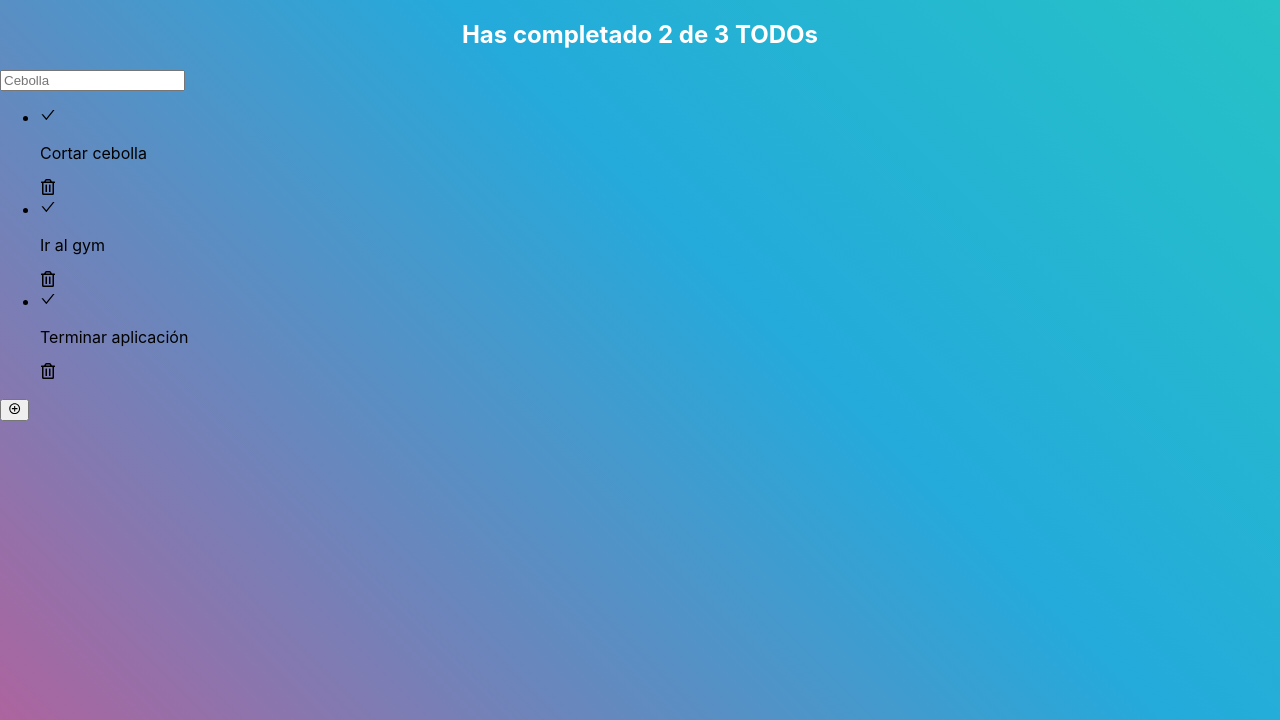
Repository: Pandrea-hub/TODOs
Page: /
These files come from the project's save history. The page is drawn as it stood at one moment and after the next save; the edit follows.
The browser window is 1280 px wide. The pictures show the whole page.
The project was rebuilt for these pictures with package versions that can differ from the ones it lists, and the page was loaded fresh each time. Also part of the build but not shown: src/TodoItem.css.

Above is the page before, as saved 2022-06-07 08:41:14.

### src/index.js
import React from 'react';
import ReactDOM from 'react-dom/client';
import './index.css';
import App from './App';


const root = ReactDOM.createRoot(document.getElementById('root'));
root.render(
  <App/>
);

### src/index.css
body {
  margin: 0;
  font-family: -apple-system, BlinkMacSystemFont, 'Segoe UI', 'Roboto', 'Oxygen',
    'Ubuntu', 'Cantarell', 'Fira Sans', 'Droid Sans', 'Helvetica Neue',
    sans-serif;
  -webkit-font-smoothing: antialiased;
  -moz-osx-font-smoothing: grayscale;
}

code {
  font-family: source-code-pro, Menlo, Monaco, Consolas, 'Courier New',
    monospace;
}

#root{
  width: 100%;
  height: 100%;
  position: absolute;
  background: linear-gradient(45deg,#F17C58, #E94584, #24AADB , #27DBB1,#FFDC18, #FF3706);
  background-size: 600% 100%;
  animation: gradient 16s linear infinite;
  animation-direction: alternate;
}

@keyframes gradient {
  0% {background-position: 0%}
  100% {background-position: 100%}
}

### src/App.js
//import './App.css';
import React from 'react';
import { TodoCounter } from './TodoCounter';
import { TodoItem } from './TodoItem';
import { CreateTodoButton } from './CreateTodoButton';
import { TodoList } from './TodoList';
import { TodoSearch } from './TodoSearch';


const todos = [
  {text: 'Cortar cebolla',completed: false},
  {text: 'Ir al gym',completed: false},
  {text: 'Terminar aplicación',completed: false},
]


function App() {
  return (
    <React.Fragment>
      <TodoCounter />
      <TodoSearch />


      <TodoList>
        {todos.map(todo =>(
          <TodoItem key={todo.text} text={todo.text} completed={todo.completed}/>
        ))}
      </TodoList>
      <CreateTodoButton />
    </React.Fragment>

  );
}

export default App;

### src/TodoCounter.js
import React from 'react';
import './TodoCounter.css';

function TodoCounter(){
    return (
        <h2 className='TodoCounter'>Has completado 2 de 3 TODOs</h2>
    );
}

export { TodoCounter };

### src/TodoItem.js
import React from 'react';
import './TodoItem.css';
import {AiOutlineCheck} from 'react-icons/ai';
import {FaRegTrashAlt} from 'react-icons/fa';

function TodoItem(props){
    return (
        <li className='TodoItem'>
            <span className={`Icon Icon-check ${props.completed && 'Icon-check--activate' }`}>
                <AiOutlineCheck />
            </span>
            <p className={`TodoItem-p ${props.completed && 'TodoItem-p--complete'}`}>
                {props.text}
            </p>
            <span className='Icon Icon-delete'>
               <FaRegTrashAlt />
            </span>
        </li>
    );

}

export {TodoItem};

### src/CreateTodoButton.js
import React from 'react';
import {IoMdAddCircleOutline} from 'react-icons/io';

function CreateTodoButton(props){
    return(
        <button>
            <IoMdAddCircleOutline />
        </button>
    );
}

export {CreateTodoButton};

### src/TodoList.js
import React from "react";


function TodoList(props){
    return(
        <section>
            <ul>
                {props.children}
            </ul>
        </section>

    );
}


export {TodoList};

### src/TodoSearch.js
import React from 'react';


function TodoSearch(){
    return(
        <input placeholder="Cebolla" />
    );
}

export { TodoSearch};

### src/TodoCounter.css
.TodoCounter{
    text-align: center;
    color:white;
}

Loaded but not shown: public/index.html (common file)

After the next save:
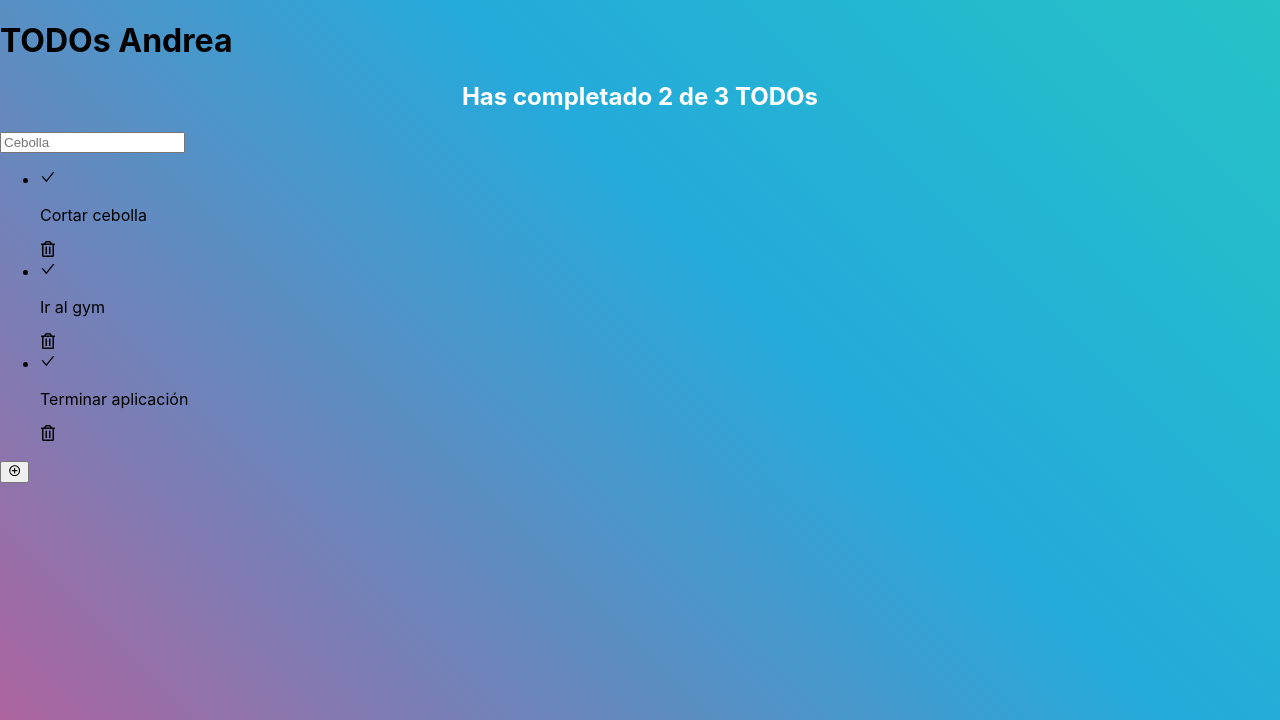
Saved 31 min 39 s later.
--- a/src/TodoCounter.js
+++ b/src/TodoCounter.js
@@ -3,7 +3,10 @@ import './TodoCounter.css';
 
 function TodoCounter(){
     return (
-        <h2 className='TodoCounter'>Has completado 2 de 3 TODOs</h2>
+        <div className='title'>
+            <h1>TODOs Andrea</h1>
+            <h2 className='TodoCounter'>Has completado 2 de 3 TODOs</h2>
+        </div>
     );
 }
 
